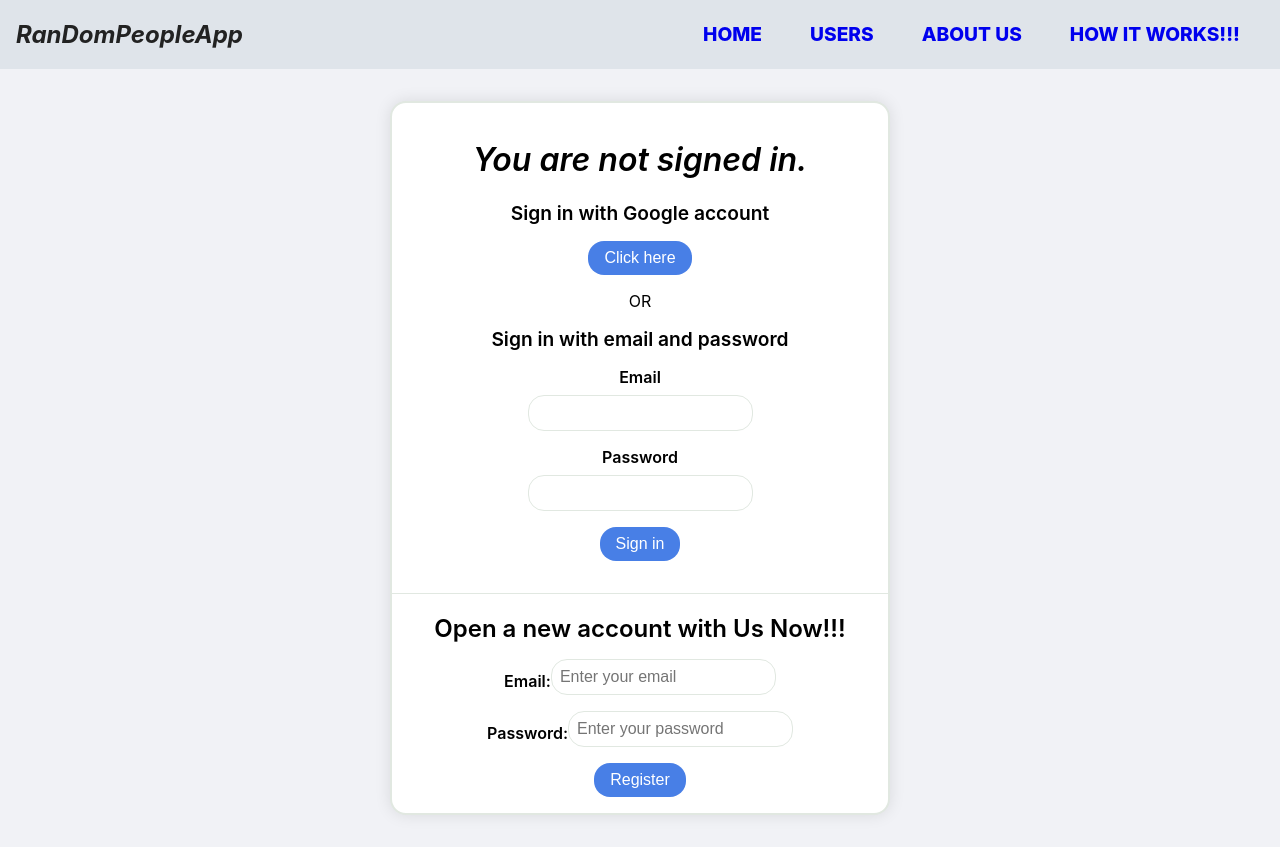
Repository: MikkyPrestige/RandomProfiles
Page: /profile
These files come from the project's save history. The page is drawn as it stood at one moment and after the next save; the edit follows.
The browser window is 1280 px wide. The pictures show the whole page.
The page's requests for data from a server got no answer. The project was rebuilt for these pictures with package versions that can differ from the ones it lists, and the page was loaded fresh each time. Some packages were replaced by stand-ins written for this rebuild. No one was signed in, and anything a server would have sent is missing. Also part of the build but not shown: src/assets/styles/home.css, src/components/avatar.jsx, src/components/home.jsx, src/assets/styles/users.css, src/components/users.jsx, src/assets/styles/search.css, src/components/search.jsx, src/assets/styles/help.css and 6 more.

Above is the page before, as saved 2022-11-30 04:02:56.

### public/index.html
<!DOCTYPE html>
<html lang="en">

<head>
  <meta charset="utf-8" />
  <link rel="icon" href="%PUBLIC_URL%/favicon.ico" />
  <meta name="viewport" content="width=device-width, initial-scale=1" />
  <meta name="theme-color" content="#000000" />
  <meta name="description" content="Web site created using create-react-app" />
  <link rel="apple-touch-icon" href="%PUBLIC_URL%/logo192.png" />
  <!--
      manifest.json provides metadata used when your web app is installed on a
      user's mobile device or desktop. See https://developers.google.com/web/fundamentals/web-app-manifest/
    -->
  <link rel="manifest" href="%PUBLIC_URL%/manifest.json" />
  <!--
      Notice the use of %PUBLIC_URL% in the tags above.
      It will be replaced with the URL of the `public` folder during the build.
      Only files inside the `public` folder can be referenced from the HTML.

      Unlike "/favicon.ico" or "favicon.ico", "%PUBLIC_URL%/favicon.ico" will
      work correctly both with client-side routing and a non-root public URL.
      Learn how to configure a non-root public URL by running `npm run build`.
    -->
  <title>AltSchool Assignment 2</title>
</head>

<body>
  <noscript>You need to enable JavaScript to run this app.</noscript>
  <div id="root"></div>
  <!--
      This HTML file is a template.
      If you open it directly in the browser, you will see an empty page.

      You can add webfonts, meta tags, or analytics to this file.
      The build step will place the bundled scripts into the <body> tag.

      To begin the development, run `npm start` or `yarn start`.
      To create a production bundle, use `npm run build` or `yarn build`.
    -->
</body>

</html>

### src/index.css
body {
  margin: 0;
  font-family: -apple-system, BlinkMacSystemFont, 'Segoe UI', 'Roboto', 'Oxygen',
    'Ubuntu', 'Cantarell', 'Fira Sans', 'Droid Sans', 'Helvetica Neue',
    sans-serif;
  -webkit-font-smoothing: antialiased;
  -moz-osx-font-smoothing: grayscale;
  background-color: #f1f2f6;
}

code {
  font-family: source-code-pro, Menlo, Monaco, Consolas, 'Courier New',
    monospace;
}

### src/App.jsx
import * as React from "react";
import { ErrorBoundary } from "react-error-boundary";
import { Route, Routes } from "react-router-dom";
import {
  Layout,
  Home,
  Users,
  Search,
  Help,
  About,
  Error,
  ErrorFallBack,
  Profile,
  // Footer,
} from "./components";

const App = () => {
  return (
    <div className="App">
      <main>
        <ErrorBoundary FallbackComponent={ErrorFallBack}>
          <Layout />
          <Routes>
            <Route path="/" element={<Home />} />
            <Route path="users">
              <Route index element={<Users />} />
              <Route path=":id" element={<Search />} />
            </Route>
            <Route path="profile" element={<Profile />} />
            <Route path="help" element={<Help />} />
            <Route path="about" element={<About />} />
            <Route path="*" element={<Error />} />
          </Routes>
        </ErrorBoundary>
        {/* <Footer /> */}
      </main>
    </div>
  );
};

export default App;

### src/components/index.js
export { default as Layout } from "./layout";
export { default as Home } from "./home";
export { default as Users } from "./users";
export { default as Search } from "./search";
export { default as Help } from "./help";
export { default as About } from "./about";
export { default as Error } from "./error";
export { default as ErrorFallBack } from "./errorFallback";
export { default as Profile } from "./profile";
export { Footer } from "./avatar";

### src/components/layout.jsx
// LAYOUT COMPONENT - This component is for the App Layout that displays the Navigation bar in the app UI to the user when app is open

import { NavLink } from "react-router-dom";
import "../assets/styles/layout.css";

const CustomNavLink = ({ to, ...props }) => {
  let activeStyle = {
    textDecoration: 'underline',
    color: 'red',
  };

  return (
    <NavLink
      style={({ isActive }) =>
        isActive ? activeStyle : { textDecoration: 'none' }
      }
      to={to}
      end
      {...props}
    />
  );
};


const Layout = () => {

  return (
    <nav className="layout">
      <div className="app-header">
        <h1>RanDomPeopleApp</h1>
      </div>
      <div className="nav__items">
        <CustomNavLink to="/" className="nav__item">Home</CustomNavLink>
        <CustomNavLink to="users" className="nav__item">Users</CustomNavLink>
        <CustomNavLink to="about" className="nav__item">About us</CustomNavLink>
        <CustomNavLink to="help" className="nav__item">How it works!!!</CustomNavLink>
      </div>
    </nav>
  );
}

export default Layout;

### src/components/profile.jsx
import {
  signInWithRedirect,
  auth,
  provider,
  getRedirectResult,
  onAuthStateChanged,
  createUserWithEmailAndPassword,
  signInWithEmailAndPassword,
  signOut,
  deleteUser,
} from "../config";
import { useEffect, useState } from "react";
import { Avatar } from "./avatar";
import "../assets/styles/profile.css";

const Profile = () => {
  const [user, setUser] = useState(null);
  const [signedIn, setSignedIn] = useState(false);
  const [email, setEmail] = useState("");
  const [password, setPassword] = useState("");
  const [error, setError] = useState(null);

  // handle register form
  const handleRegister = (e) => {
    e.preventDefault();
    createUserWithEmailAndPassword(auth, email, password)
      .then(() => {
        // Signed in
        console.log("User account created & signed in!");
      })
      .catch((error) => {
        if (error.code === "auth/email-already-in-use") {
          setError("This email address is already in use!");
        }
        if (error.code === "auth/invalid-email") {
          setError("This email address is invalid!");
        }
        console.error(error);
      });
  };

  // sign in with email and password
  const handleSignIn = (e) => {
    e.preventDefault();
    signInWithEmailAndPassword(auth, email, password)
      .then(() => {
        console.log("User signed in!");
      })
      .catch((error) => {
        if (error.code === "auth/wrong-password") {
          setError("Wrong password!");
        }
        if (error.code === "auth/user-not-found") {
          setError("User not found!");
        }
        console.error(error);
      });
  };

  // handle onchange
  const handleChange = (e) => {
    const { name, value } = e.target;
    if (name === "email") {
      setEmail(value);
    }
    if (name === "password") {
      setPassword(value);
    }
  };

  // handle sign In
  const signIn = (e) => {
    e.preventDefault();
    signInWithRedirect(auth, provider);
  };

  // handle sign out
  const handleSignOut = (e) => {
    e.preventDefault();
    signOut(auth)
      .then(() => {
        console.log("User signed out!");
      })
      .catch((error) => {
        console.error(error);
      });
  };

  // handle delete user
  const handleDelete = (e) => {
    e.preventDefault();
    deleteUser(auth.currentUser)
      .then(() => {
        console.log("User deleted!");
      })
      .catch((error) => {
        console.error(error);
      });
  };

  // Get redirect result
  useEffect(() => {
    getRedirectResult(auth)
      .then((result) => {
        if (result) {
          setSignedIn(true);
          // navigate("/users");
        } else {
          // console.log("No user");
        }
      })
      .catch((error) => {
        console.log(error);
      });
  }, []);

  // Check auth state
  useEffect(() => {
    onAuthStateChanged(auth, (user) => {
      if (user) {
        // destructure user
        const { displayName, photoURL, email, phoneNumber } = user;
        // set user state
        setUser({ displayName, photoURL, email, phoneNumber });
        // navigate("/users");
      } else {
        setUser(null);
      }
    });
  }, []);

  return (
    <div className="profile">
      <div className="profile__container">
        <div className="profile__desc">
          {user ? (
            <div className="profile__user">
              <h1 className="profile__title">Welcome, you are signed in.</h1>
              <Avatar image={user.photoURL} alt="user" style={{ width: '10rem', height: '10rem', borderRadius: '50%' }} />
              <p className="profile__detail"><strong>Signed in account name: </strong>{user.displayName}</p>
              <p className="profile__detail"><strong>Signed in email: </strong>{user.email}</p>
              <p className="profile__detail">{user.phoneNumber}</p>
              <div className="btn__wrapper">
                <button onClick={handleSignOut} className="btn">
                  Sign Out
                </button>
                <button onClick={handleDelete} className="btn">
                  Delete Account
                </button>
              </div>
            </div>
          ) : (
            <div className="profile__user">
              <div className="profile__wrapper">
                <h1 className="profile__title">You are not signed in.</h1>
                <h2 className="profile__head">Sign in with Google account</h2>
                <button onClick={signIn} className="sign__btn">
                  Click here
                </button>
                <p className="or">OR</p>
                <h2 className="profile__head">Sign in with email and password</h2>
                <form onSubmit={handleSignIn} className="signIn__form">
                  <label htmlFor="email" className="signIn__label">Email</label>
                  <input
                    type="email"
                    name="email"
                    id="email"
                    value={email}
                    onChange={handleChange}
                    className="signIn__input"
                  />
                  <label htmlFor="password" className="signIn__label">Password</label>
                  <input
                    type="password"
                    name="password"
                    id="password"
                    value={password}
                    onChange={handleChange}
                    className="signIn__input"
                  />
                  {error && <p className="error">{error}</p>}
                  <button type="submit" className="sign__btn">
                    Sign in
                  </button>
                </form>
              </div>
              <div className="register__container">
              <h2 className="register__title">Open a new account with Us Now!!!</h2>
              <form onSubmit={handleRegister} className="register__form">
                <div className="register__group">
                  <label htmlFor="email" className="register__label">
                    Email:
                  </label>
                  <input
                    type="email"
                    name="email"
                    value={email}
                    placeholder="Enter your email"
                    onChange={handleChange}
                    className="register__input"
                  />
                  {error && <p className="error">{error}</p>}
                </div>
                <div className="register__group">
                  <label htmlFor="password" className="register__label">
                    Password:
                  </label>
                  <input
                    type="password"
                    name="password"
                    placeholder="Enter your password"
                    value={password}
                    onChange={handleChange}
                    className="register__input"
                  />
                </div>
                <button type="submit" className="sign__btn">
                  Register
                </button>
              </form>
              </div>
            </div>
          )}
        </div>
      </div>
    </div>
  );
};

export default Profile;

### src/assets/styles/layout.css
.layout {
  background-color: #dfe4ea;
  padding: 0rem 1rem;
  color: #222;
  display: flex;
  align-items: center;
  justify-content: space-between;
}

.app-header {
  font-style: italic;
}

.nav__items {
  display: flex;
  align-items: center;
  list-style: none;
  flex-wrap: wrap;
}

.nav__item {
  font-size: 1.2rem;
  font-weight: 800;
  padding: 1rem 1.5rem;
  text-transform: uppercase;
}

.attribution {
  text-align: center;
}

.footer {
  color: #222;
  text-decoration: none;
  cursor: pointer;
  font-style: italic;
  font-weight: 600;
}

### src/config/index.js
// Import the functions you need from the SDKs you need
import { initializeApp } from "firebase/app";
import {
  getAuth,
  signInWithRedirect,
  GoogleAuthProvider,
  getRedirectResult,
  onAuthStateChanged,
  createUserWithEmailAndPassword,
  signInWithEmailAndPassword,
  signOut,
  deleteUser
} from "firebase/auth";

// web app's Firebase configuration
const firebaseConfig = {
  apiKey: "AIzaSyCfrfw6chi091bWLqJvanxAUTxgJ5XqEu0",
  authDomain: "random-people-app.firebaseapp.com",
  projectId: "random-people-app",
  storageBucket: "random-people-app.appspot.com",
  messagingSenderId: "1097586453252",
  appId: "1:1097586453252:web:4575afe7663a752ae77e51",
};

// Initialize Firebase
const app = initializeApp(firebaseConfig);
// Setup Google auth provider
const provider = new GoogleAuthProvider();

const auth = getAuth();

export {
  app,
  provider,
  auth,
  signInWithRedirect,
  getRedirectResult,
  onAuthStateChanged,
  createUserWithEmailAndPassword,
  signInWithEmailAndPassword,
  signOut,
  deleteUser
};

### src/assets/styles/profile.css
.profile {
  padding: 2rem;
  height: 100%;
}

.profile__container {
  display: flex;
  flex-direction: column;
  align-items: center;
  justify-content: center;
}

.profile__desc {
  text-align: center;
  max-width: 500px;
  width: 100%;
}

.profile__user {
  background-color: #fff;
  border: 2px solid #e1e8e1;
  border-radius: 1rem;
  box-shadow: 0 0 1rem rgba(0, 0, 0, 0.1);
  padding: 1rem 0;
}

.profile__title {
  font-size: 2rem;
  font-weight: 600;
  font-style: oblique;
}

.profile__detail {
  font-size: 1.2rem;
  font-weight: 400;
}

.btn__wrapper {
  display: flex;
  justify-content: center;
  align-items: center;
  gap: 5rem;
  margin-top: 2rem;
}

.btn {
  background-color: #e1e8e1;
  color: red;
  border: none;
  border-radius: 1rem;
  padding: .5rem;
  font-size: 1rem;
  cursor: pointer;
}

.btn:hover {
  background-color: #d1d8d1;
  color: #0651ddbb;
}

.btn:active {
  background-color: #c1c8c1;
  color: #0651ddbb;
}

.sign__btn {
  background-color: #0651ddbb;
  color: #fff;
  border: none;
  border-radius: 1rem;
  padding: .5rem 1rem;
  font-size: 1rem;
  cursor: pointer;
}

.sign__btn:hover {
  background-color: #0651dd;
  color: #fff;
}

.sign__btn:active {
  background-color: #0651dd;
  color: #fff;
}

.profile__wrapper {
  /* display: flex;
  flex-direction: column;
  justify-content: center;
  align-items: center; */
  /* gap: 2rem; */
  /* margin-top: 2rem; */
}

.profile__head {
  font-size: 1.2rem;
  font-weight: 600;
  text-align: center;
  margin-bottom: 1rem;
}

.signIn__form {
  display: flex;
  flex-direction: column;
  justify-content: center;
  align-items: center;
}

.signIn__label {
  font-size: 1rem;
  font-weight: 600;
  margin-bottom: .5rem;
}

.signIn__input {
  border: 1px solid #e1e8e1;
  border-radius: 1rem;
  padding: .5rem;
  font-size: 1rem;
  margin-bottom: 1rem;
}

.register__container {
  margin-top: 2rem;
  border-top: 1px solid #e1e8e1;
}

.register__title {
  font-size: 1.5rem;
  font-weight: 600;
  text-align: center;
  margin-bottom: 1rem;
}

.register__form {
  display: flex;
  flex-direction: column;
  justify-content: center;
  align-items: center;
}

.register__group {
  display: flex;
  justify-content: center;
  align-items: center;
  /* gap: 1rem; */
}

.register__label {
  font-size: 1rem;
  font-weight: 600;
  margin-bottom: .5rem;
}

.register__input {
  border: 1px solid #e1e8e1;
  border-radius: 1rem;
  padding: .5rem;
  font-size: 1rem;
  margin-bottom: 1rem;
}

Loaded but not shown: src/index.js (common file)

After the next save:
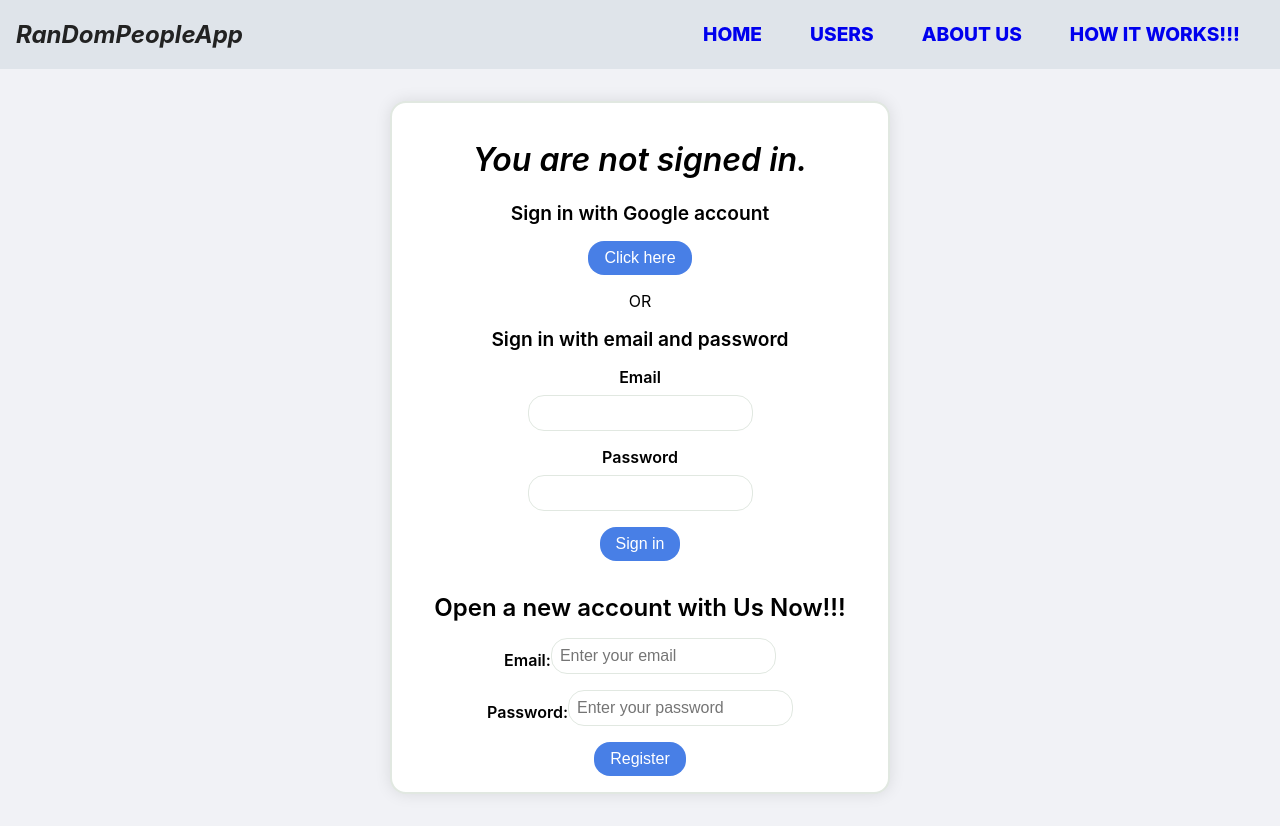
Saved 13 s later.
--- a/src/assets/styles/profile.css
+++ b/src/assets/styles/profile.css
@@ -122,7 +122,7 @@
 
 .register__container {
   margin-top: 2rem;
-  border-top: 1px solid #e1e8e1;
+  border-top: 1px solid #;
 }
 
 .register__title {

After the save that followed:
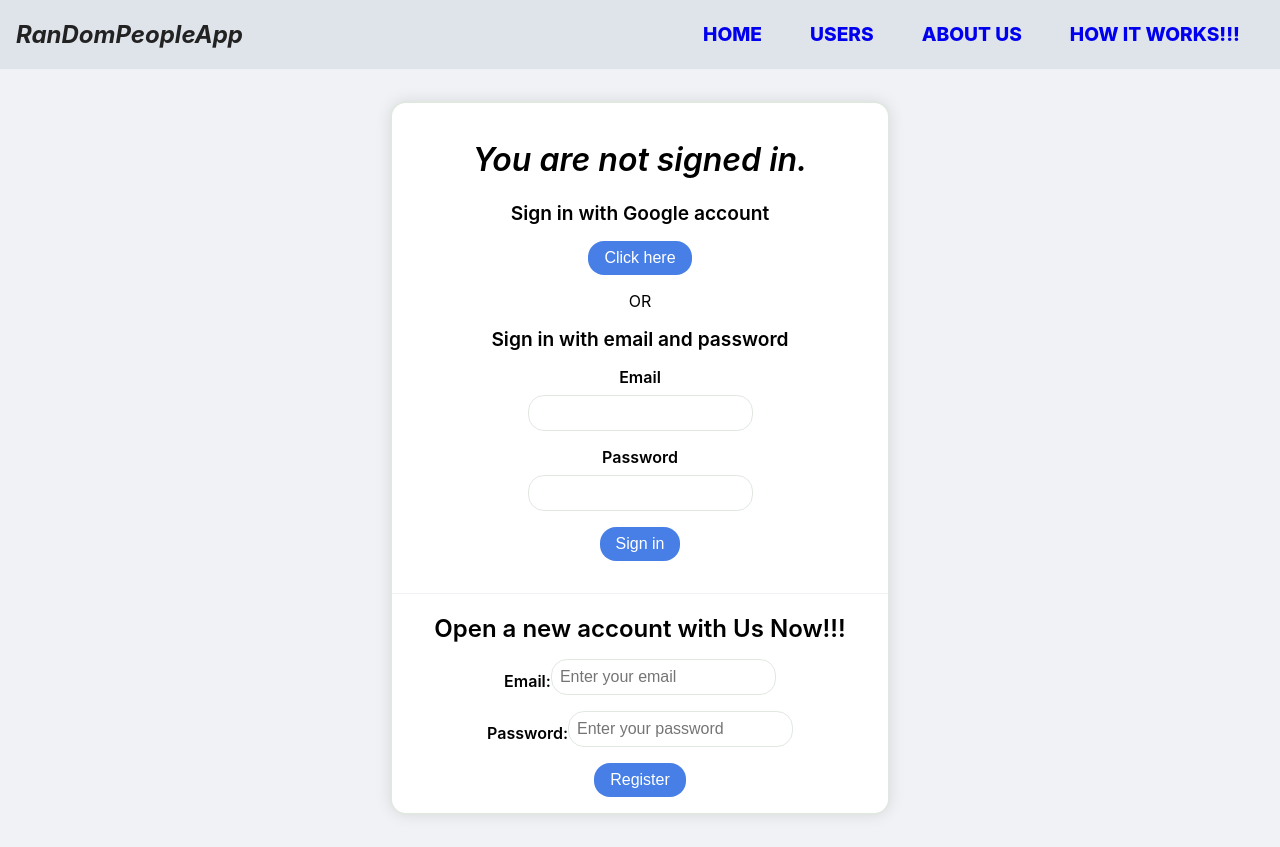
Saved 21 s later.
--- a/src/assets/styles/profile.css
+++ b/src/assets/styles/profile.css
@@ -122,7 +122,7 @@
 
 .register__container {
   margin-top: 2rem;
-  border-top: 1px solid #;
+  border-top: 1px solid #f1f2f6;
 }
 
 .register__title {
